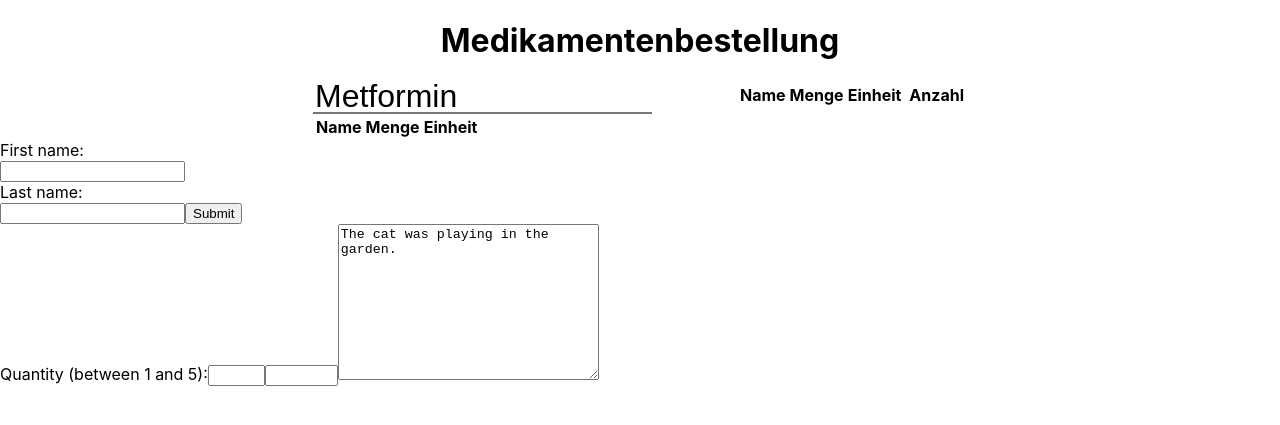
Repository: Esatollah/MedDemo
Page: / (app in client/)
The author's editor kept a copy of each file at every save. The page is drawn from the files as they stood at one save, then again after the next save.
The browser window is 1280 px wide. The pictures show the whole page.
The page's requests for data from a server got no answer. The project was rebuilt for these pictures with package versions that can differ from the ones it lists, and the page was loaded fresh each time. No one was signed in, and anything a server would have sent is missing. Also part of the build but not shown: client/src/App.css.

Above is the page before, as saved 2022-06-02 16:33:28.

After the next save:
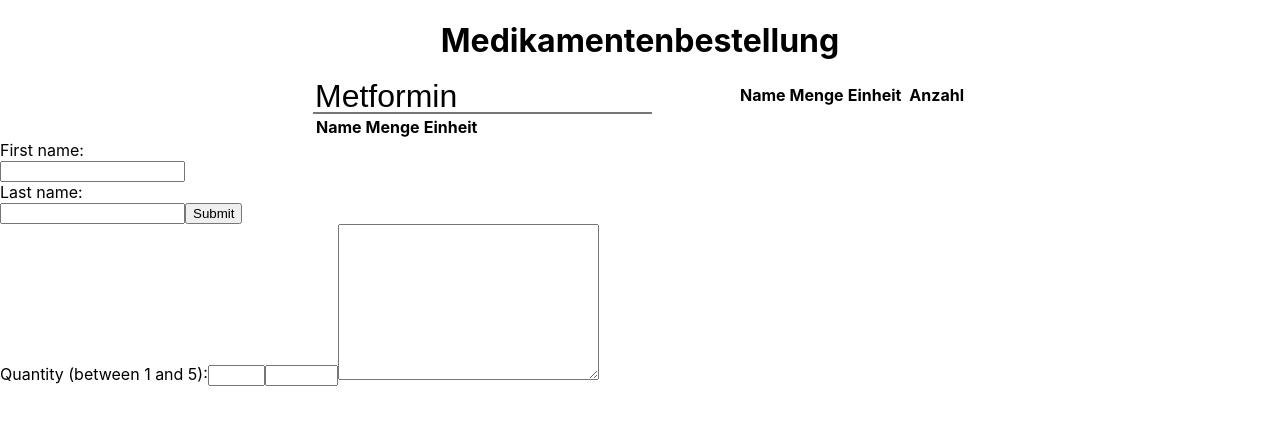
Saved 10 s later.
--- a/client/src/components/Form.jsx
+++ b/client/src/components/Form.jsx
@@ -13,7 +13,6 @@ const Form = props => {
             <input type="text" id="pin" name="pin" size="4" maxLength="4"/>
             <input type="text" id="pin" name="pin" size="6" maxLength={6}/>
             <textarea name="message" rows="10" cols="30">
-            The cat was playing in the garden.
             </textarea>
         </form>
     </div>
